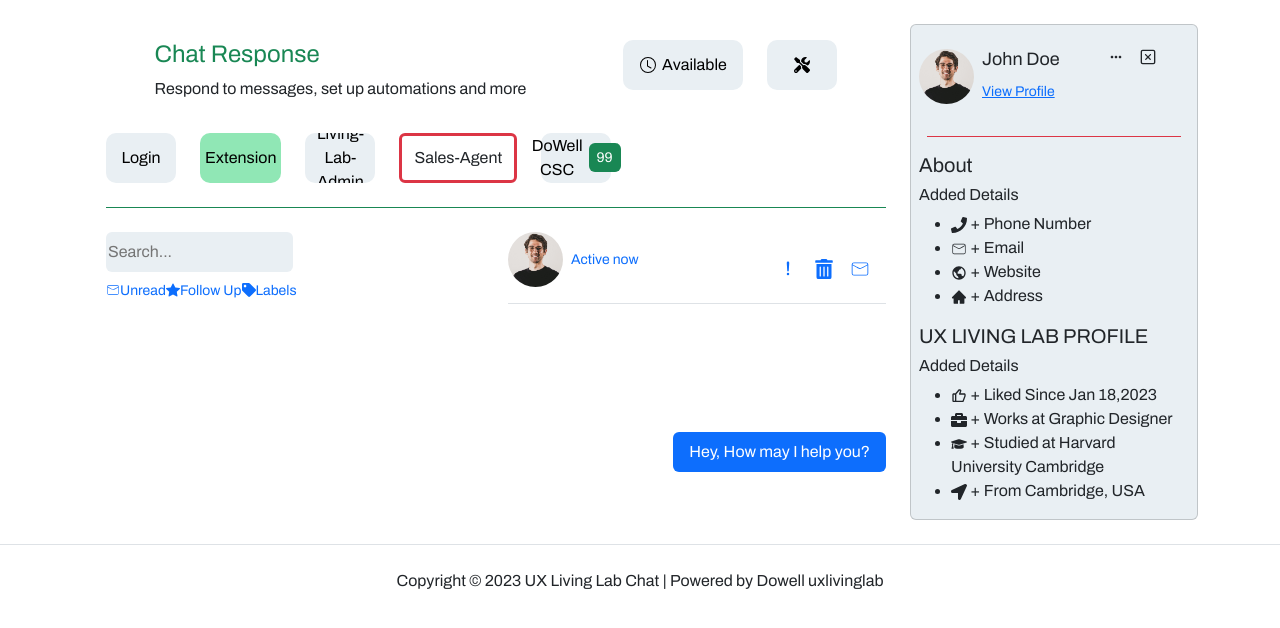
Repository: uh-sman/UX-Living-Lab-Chat
Page: /
These files come from the project's save history. The page is drawn as it stood at one moment and after the next save; the edit follows.
The browser window is 1280 px wide. The pictures show the whole page.
The project was rebuilt for these pictures with package versions that can differ from the ones it lists, and the page was loaded fresh each time.

Above is the page before, as saved 2023-05-10 18:49:28.

### public/index.html
<!DOCTYPE html>
<html lang="en">
  <head>
    <meta charset="utf-8" />
    <link rel="icon" href="%PUBLIC_URL%/favicon.ico" />
    <meta name="viewport" content="width=device-width, initial-scale=1" />
    <meta name="theme-color" content="#000000" />
    <meta
      name="description"
      content="Web site created using create-react-app"
    />
    <link rel="apple-touch-icon" href="%PUBLIC_URL%/logo192.png" />
    <!--
      manifest.json provides metadata used when your web app is installed on a
      user's mobile device or desktop. See https://developers.google.com/web/fundamentals/web-app-manifest/
    -->
    <link rel="manifest" href="%PUBLIC_URL%/manifest.json" />
    <!-- font awsome CDN -->

    <link
      rel="stylesheet"
      href="https://cdn.jsdelivr.net/npm/@fortawesome/fontawesome-free@6.2.1/css/fontawesome.min.css"
      integrity="sha384-QYIZto+st3yW+o8+5OHfT6S482Zsvz2WfOzpFSXMF9zqeLcFV0/wlZpMtyFcZALm"
      crossorigin="anonymous"
    />
    <!--
      Notice the use of %PUBLIC_URL% in the tags above.
      It will be replaced with the URL of the `public` folder during the build.
      Only files inside the `public` folder can be referenced from the HTML.

      Unlike "/favicon.ico" or "favicon.ico", "%PUBLIC_URL%/favicon.ico" will
      work correctly both with client-side routing and a non-root public URL.
      Learn how to configure a non-root public URL by running `npm run build`.
    -->
    <title>React App</title>
  </head>
  <body>
    <noscript>You need to enable JavaScript to run this app.</noscript>
    <div id="root"></div>
    <!--
      This HTML file is a template.
      If you open it directly in the browser, you will see an empty page.

      You can add webfonts, meta tags, or analytics to this file.
      The build step will place the bundled scripts into the <body> tag.

      To begin the development, run `npm start` or `yarn start`.
      To create a production bundle, use `npm run build` or `yarn build`.
    -->
  </body>
</html>

### src/index.css
* {
  text-decoration: none;
}

### src/App.js
import "./App.css";
import "bootstrap/dist/css/bootstrap.min.css";
import "bootstrap/dist/js/bootstrap.bundle.min";
import Container from "./container";
import Footer from "./container/Footer";
function App() {
  return (
    <div className="App">
      <Container />
      <Footer />
    </div>
  );
}

export default App;

### src/App.css
@import url("https://fonts.googleapis.com/css2?family=Archivo&display=swap");
:root {
  --header-color: #0d7813;
  /* --button-color :#00000;
  --button-color :#90E7B5; */
  --bg-color: #e9eff3;
  /* #90E7B5 */

  --font: "Archivo", sans-serif;
}

* {
  text-decoration: none;
  /* list-style: none; */
  font-family: "Archivo", sans-serif;
}

.body {
  font-family: "Archivo", sans-serif;
}
.header {
  color: var(--header-color);
  font-family: "Archivo", sans-serif;
}
.button {
  display: flex;
  align-items: center;
  background: var(--bg-color);
  justify-content: center;
  height: 50px;
  width: 120px;
  gap: 6px;
  border: none;
  border-radius: 10px;
}
.button2 {
  display: flex;
  align-items: center;
  background: var(--bg-color);
  justify-content: center;
  height: 50px;
  width: 70px;
  gap: 6px;
  border: none;
  border-radius: 10px;
}
.button3 {
  display: flex;
  align-items: center;
  background: #90e7b5;
  justify-content: center;
  height: 50px;
  max-width: contain;
  padding: 0px 5px;
  gap: 6px;
  border: none;
  border-radius: 10px;
}
.button4 {
  display: flex;
  align-items: center;
  background: #ff9898;
  justify-content: center;
  height: 50px;
  max-width: contain;
  padding: 0px 5px;
  gap: 6px;
  border: none;
  border-radius: 10px;
}
.image-style {
  width: 55px;
  height: 55px;
  border-radius: 500px;
}
.cardBody {
  background-color: var(--bg-color);
}
.input {
  border: var(--bg-color);
  /* align-items: ; */
  outline: none;
  background: var(--bg-color);
}

### src/container/index.js
import React from "react";
import ChatSection from "./ChatSection";
import DetailsSection from "./DetailsSection";
const Container = () => {
  return (
    <div className="container">
      <div className="d-flex justify-content-around my-4">
        <ChatSection />
        <div className="d-hidden d-md-block">
          <DetailsSection />
        </div>
      </div>
    </div>
  );
};

export default Container;

### src/container/Footer.jsx
import React from "react";

const Footer = () => {
  return (
    <div className=" border-top">
      <div className="d-flex justify-content-center my-4">
        <div className="d-flex align-items-center">
          <p>
            Copyright &copy; 2023 UX Living Lab Chat | Powered by Dowell
            uxlivinglab
          </p>
        </div>
      </div>
    </div>
  );
};

export default Footer;

### src/container/ChatSection.js
import React from "react";
import ChatHeader from "./ChatItems/ChatHeader";
import ProfileHead from "./Chats/message/ProfileHead";
import SearchBar from "./Chats/SearchBar";

const ChatSection = () => {
  return (
    <div className="container">
      <ChatHeader />
      {/* chats come here */}
      <div className="d-flex  flex-column flex-md-column flex-lg-row flex-xl-row flex-xxl-row my-2">
        <SearchBar />
        <ProfileHead />
      </div>
    </div>
  );
};

export default ChatSection;

### src/container/DetailsSection.jsx
import React from "react";
import user from "../assets/user.jpg";
import AboutDetails from "./Details/AboutDetails";
import DetailsSectionButton from "./DetailsSectionButton";
const DetailsSection = ({ title, about }) => {
  return (
    <div className="d-none d-md-block d-lg-block d-xl-block">
      <div
        className="card"
        style={{ width: "18rem", backgroundColor: "#e9eff3" }}
      >
        <div className="mx-2">
          <div className="d-flex gap-5 mt-4 ">
            <figure className="d-flex gap-2">
              <img src={user} className=" image-style" />
              <div className="">
                <h4 className="body fw-bold" style={{ fontSize: "18px" }}>
                  {title}
                </h4>
                <a href="" className="fw-bold" style={{ fontSize: "14px" }}>
                  View Profile
                </a>
              </div>
            </figure>
            <DetailsSectionButton />
          </div>
          <div className="border-bottom border-danger mx-2 my-3"></div>
          <div className=""></div>
          {/* DETAILS */}
          <AboutDetails />
        </div>
      </div>
    </div>
  );
};
DetailsSection.defaultProps = {
  title: "John Doe",
  about: "About",
};

export default DetailsSection;

### src/container/ChatItems/ChatHeader.jsx
import React from "react";
import Buttons from "./Buttons";
import HeaderButtons from "./HeaderButtons";

const ChatHeader = ({ title, caption }) => {
  return (
    <div className="container">
      <div className=" d-flex justify-content-around my-3">
        <header>
          <h1 className="header fs-4 fw-bold text-success">{title}</h1>
          <p className="fw-medium  Header-font">{caption}</p>
        </header>
        <HeaderButtons />
      </div>
      <Buttons />
      <div className="border-bottom border-success my-4"></div>
    </div>
  );
};

export default ChatHeader;
ChatHeader.defaultProps = {
  title: "Chat Response",
  caption: "Respond to messages, set up automations and more",
};

### src/container/Chats/message/ProfileHead.jsx
import React from "react";
import { FaTrashAlt } from "react-icons/fa";
import user from "../../../assets/user.jpg";
import ChatIcons from "./ChatIcons";
import Message from "./Message";
const ProfileHead = () => {
  return (
    <div className="container overflow-y-scroll">
      <div className="d-flex justify-content-between  align-items-center border-bottom">
        <figure className="d-flex gap-2 align-items-center">
          <img src={user} className=" image-style" />
          <div className="">
            {/* Status active now if true show active */}
            <small className="text-primary">Active now</small>
          </div>
        </figure>
        <ChatIcons />
      </div>
      <Message />
    </div>
  );
};

export default ProfileHead;

### src/container/Chats/SearchBar.jsx
import React from "react";
import { FaSearch } from "react-icons/fa";
import Icons from "./Icons";
// BsStarFill;
const SearchBar = () => {
  return (
    <div className="container">
      <div className="overflow-y-scroll">
        <form>
          <input
            className="input rounded bi bi-search py-2"
            placeholder="Search..."
          />
          {/* <i className="bi bi-search"></i> */}
        </form>
        <Icons />
      </div>
    </div>
  );
};

export default SearchBar;

### src/container/Details/AboutDetails.jsx
import React from "react";
import {
  FaPhone,
  FaBriefcase,
  FaGraduationCap,
  FaLocationArrow,
} from "react-icons/fa";
import { CiMail } from "react-icons/ci";
import { BiWorld, BiLike } from "react-icons/bi";
import { AiFillHome } from "react-icons/ai";
const AboutDetails = ({ title, ux }) => {
  const data = [
    {
      phone: "Phone Number",
      email: "Email",
      web: "Website",
    },
  ];
  return (
    <div>
      <div className="">
        <h5>{title}</h5>
        <main>
          <h6>Added Details</h6>
          <div className="">
            <ul>
              <li>
                <FaPhone /> + Phone Number
              </li>
              <li>
                <CiMail /> + Email
              </li>
              <li>
                <BiWorld /> + Website
              </li>
              <li>
                <AiFillHome /> + Address
              </li>
            </ul>
          </div>
        </main>
      </div>
      <div className="">
        <h5>{ux}</h5>
        <main>
          <h6>Added Details</h6>
          <div className="">
            <ul>
              <li>
                <BiLike /> + Liked Since Jan 18,2023
                {/* date from the api */}
              </li>
              <li>
                <FaBriefcase /> + Works at Graphic Designer
              </li>
              <li>
                <FaGraduationCap /> + Studied at Harvard University Cambridge
                {/* Place of work from the api */}
              </li>
              <li>
                <FaLocationArrow /> + From Cambridge, USA
              </li>
            </ul>
          </div>
        </main>
      </div>
    </div>
  );
};

export default AboutDetails;

AboutDetails.defaultProps = {
  title: "About",
  ux: "UX LIVING LAB PROFILE",
};

### src/container/DetailsSectionButton.jsx
import React from "react";
import { MdOutlineMoreHoriz } from "react-icons/md";
import { CgCloseR } from "react-icons/cg";
const DetailsSectionButton = () => {
  return (
    <div>
      <div className="d-flex gap-3">
        <MdOutlineMoreHoriz />
        <CgCloseR />
      </div>
    </div>
  );
};

export default DetailsSectionButton;

### src/container/ChatItems/Buttons.jsx
import React from "react";

const Buttons = () => {
  return (
    <div className="d-flex gap-4 overflow-x-scroll overflow-x-md-none overflow-x-md-none  overflow-x-xl-none  overflow-x-xxl-none">
      <button type="button" className=" button2">
        Login
      </button>
      <button type="button" className=" button3">
        Extension
      </button>
      <button type="button" className=" button2">
        Living-Lab-Admin
      </button>
      <button type="button" className="btn border-danger border-3">
        Sales-Agent
      </button>
      <button type="button" className="button2">
        DoWell CSC
        <small className="bg-success text-white px-2 py-1 rounded">
          {"99"}
        </small>
      </button>
    </div>
  );
};

export default Buttons;

### src/container/ChatItems/HeaderButtons.jsx
import React from "react";
import { BsClock } from "react-icons/bs";
import { FaTools } from "react-icons/fa";
const HeaderButtons = () => {
  return (
    <div className="d-flex gap-4">
      <button type="button" className="button">
        <BsClock className="" />
        Available
      </button>
      <button type="button" className="button2">
        <FaTools />
      </button>
    </div>
  );
};

export default HeaderButtons;

### src/container/Chats/message/ChatIcons.jsx
import React from "react";
import { FaTrashAlt } from "react-icons/fa";
import { BsExclamationLg } from "react-icons/bs";
import { CiMail } from "react-icons/ci";
const ChatIcons = () => {
  return (
    <div className="mx-3">
      <div className="d-flex gap-3">
        <small className="text-primary fs-5"></small>
        <small className="text-primary fs-5">
          <BsExclamationLg />
        </small>
        <small className="text-primary fs-5">
          <FaTrashAlt />
        </small>

        <small className="text-primary fs-5">
          <CiMail />
        </small>
      </div>
    </div>
  );
};

export default ChatIcons;

### src/container/Chats/message/Message.jsx
import React, { useState } from "react";

const Message = () => {
  const [message, setMessage] = useState(true);
  return (
    <div className="">
      <div className="d-flex justify-content-end ">
        {message ? (
          <div
            className="bg-primary text-white rounded d-flex align-items-center align-self-end"
            style={{
              width: "auto",
              height: "40px",
              listStyle: "none",
              marginTop: "8rem",
            }}
          >
            <li className="mx-3">Hey, How may I help you? </li>
          </div>
        ) : null}
      </div>
    </div>
  );
};

export default Message;

### src/container/Chats/Icons.jsx
import React from "react";
import { CiMail } from "react-icons/ci";
import { BsStarFill } from "react-icons/bs";
import { FaTag } from "react-icons/fa";
const Icons = () => {
  return (
    <div>
      <div className="d-flex text-primary my-2">
        <small className="d-flex align-items-center">
          <CiMail /> Unread
        </small>
        <small className="d-flex align-items-center">
          <BsStarFill /> Follow Up
        </small>
        <small className="d-flex align-items-center">
          <FaTag />
          Labels
        </small>
      </div>
    </div>
  );
};

export default Icons;

Loaded but not shown: src/index.js (common file)

After the next save:
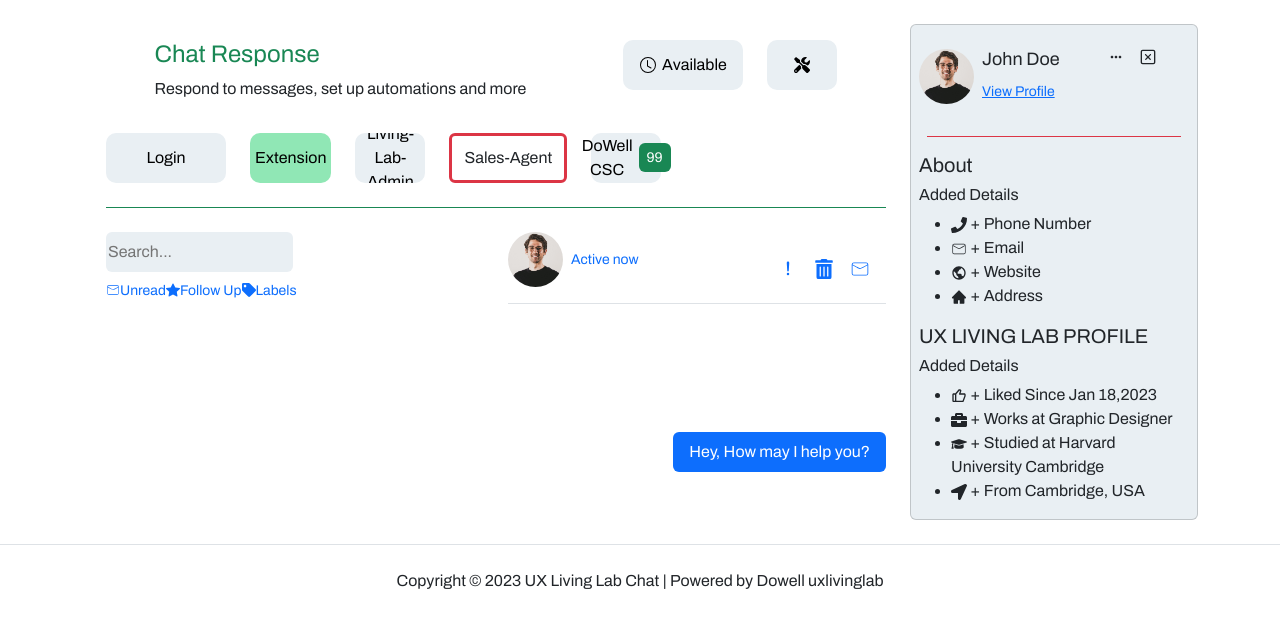
Saved 5 s later.
--- a/src/container/ChatItems/Buttons.jsx
+++ b/src/container/ChatItems/Buttons.jsx
@@ -3,7 +3,7 @@ import React from "react";
 const Buttons = () => {
   return (
     <div className="d-flex gap-4 overflow-x-scroll overflow-x-md-none overflow-x-md-none  overflow-x-xl-none  overflow-x-xxl-none">
-      <button type="button" className=" button2">
+      <button type="button" className=" button 2">
         Login
       </button>
       <button type="button" className=" button3">
